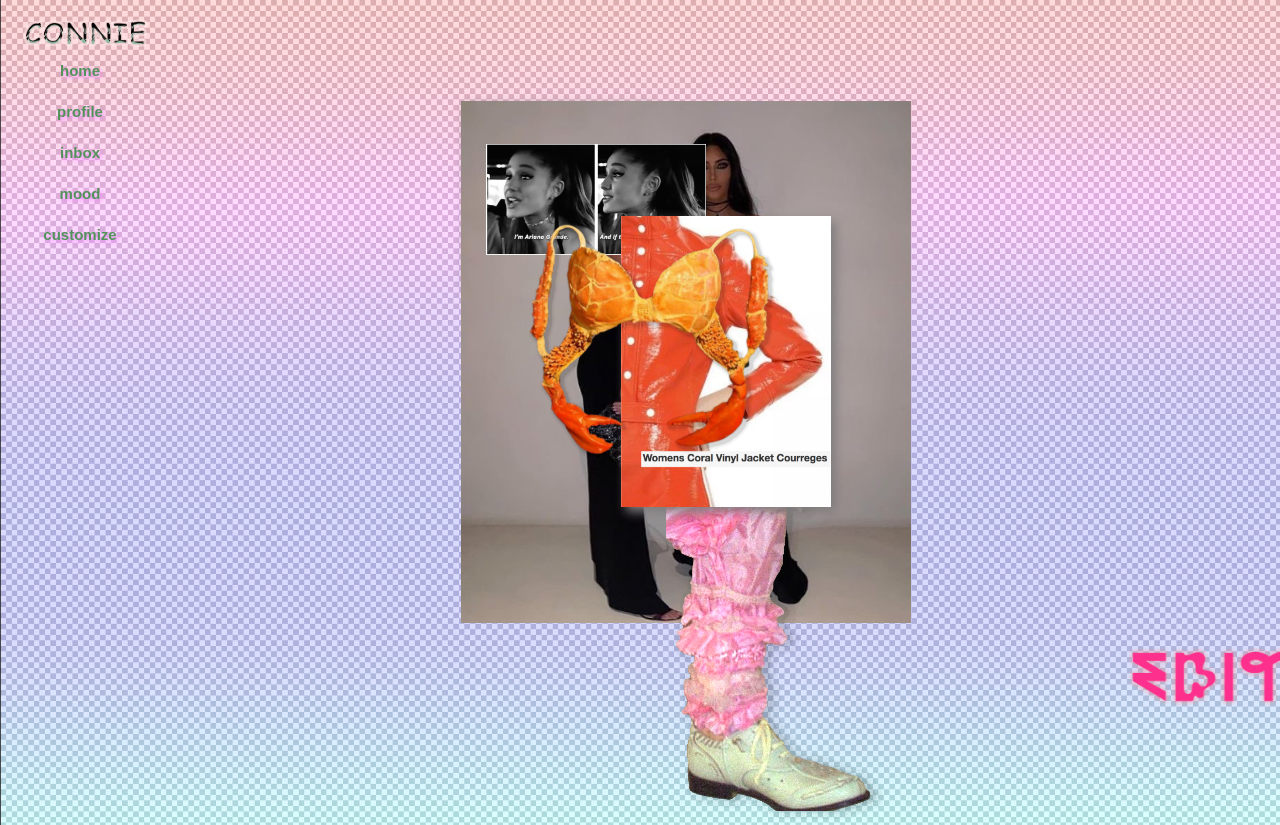
Repository: xuc009/xuc009.github.io
Page: track12/index.html
The author's editor kept a copy of each file at every save. The page is drawn from the files as they stood at one save, then again after the next save.
The browser window is 1280 px wide. The pictures show the whole page.
Some web fonts or font styles are not loaded; a fallback is used. Some web libraries are served in a nearby version.

Above is the page before, as saved 2018-12-08 16:53:16.

### track12/index.html
<!DOCTYPE html>
<html lang="en">
  <head>
    <title>Track 12</title>
    <link rel="shortcut icon" href="" />
    <meta charset="utf-8">
    <meta name="description" content="" />
    <meta property="og:image" content=""/>
    <meta name="viewport" content="width=device-width, initial-scale=1" />
    <script src="https://ajax.googleapis.com/ajax/libs/jquery/3.3.1/jquery.min.js"></script>
    <script src="https://www.w3schools.com/lib/w3.js"></script>
    <link href="assets/css/styles.css" media="all" rel="stylesheet" />
    <meta charset="utf-8" />
    <title>jQuery UI Draggable - Default functionality</title>
    <link rel="stylesheet" href="http://code.jquery.com/ui/1.9.2/themes/base/jquery-ui.css" />
    <script src="http://code.jquery.com/jquery-1.8.3.js"></script>
    <script src="http://code.jquery.com/ui/1.9.2/jquery-ui.js"></script>
    <link href="https://fonts.googleapis.com/css?family=Michroma" rel="stylesheet">
    <style>
    .draggable { width: 0px; height: 0px; padding: 0; }
    </style>
    <script>
    $(function() {
        $( ".draggable" ).draggable();
    });
    </script>

  </head>

  <body>

      <div class="dropdown">
          <button class="dropbtn"><img src="assets/img/conniemenu.gif" width="140px"></button>
          <div class="dropdown-content">
            <a href="#">home</a>
            <a href="#">profile</a>
            <a href="#">inbox</a>
            <a href="#">mood</a>
            <a href="#">customize</a>
          </div>
        </div>

      <div class="edit">
        <a href="https://xuc009.github.io/track11/index.html">
        <img src="assets/img/edit.png" width="300px">
        </a>
      </div>

    <div id="draggable1" class="ui-widget-content draggable tooltip">
        <span class="tooltiptext">id.png</span>
       <img src="assets/img/k.jpg" width="450px">
      </div>

      <div id="draggable2" class="ui-widget-content draggable tooltip">
          <span class="tooltiptext">↗ Aaliyah by me 🔗📹🤗🦋✨ ⬈</span>
        <a href="https://xuc009.github.io/track2/index.html" target="_blank">
          <img src="assets/img/ari.jpg" width="220px">
        </a>
      </div>

      <div id="draggable3" class="ui-widget-content draggable tooltip">
          <span class="tooltiptext">https://goo.gl/MuuDqj</span>
          <a href="https://goo.gl/MuuDqj" target="_blank">
          <img src="assets/img/foot1.png" width="220px">
          </a>
        </div>

     <div id="draggable4" class="ui-widget-content draggable four tooltip">
        <span class="tooltiptext">https://ebay.us/9TBpsq</span>
        <a href="https://ebay.us/9TBpsq" target="_blank">
            <img src="assets/img/torsoa1.png" width="210px">
        </a>
          </div>

      <div id="draggable5" class="ui-widget-content draggable five tooltip">
          <span class="tooltiptext">https://www.instagram.com/p/BoPapCyAAdp/</span>
          <a href="https://www.instagram.com/p/BoPapCyAAdp/" target="_blank">
          <img src="assets/img/bra1.png" width="250px">
          </a>
        </div>









      </div>
    </div>

  </body>
</html>

### track12/assets/css/styles.css
* { box-sizing: border-box; }

body{
	background-color: #ffffff;
	background-image: url('../img/background.png');
	background-size: 1500px;
	margin: 0 auto 0 auto;
	display: inline-block;
    font-size: 0px;
}

.tooltip {
    position: relative;
    display: inline-block;
    border-bottom: 1px dotted black;
}

.tooltip .tooltiptext {
    visibility: hidden;
    /* width: 120px; */
    background-color: #FF308D;
    color: #00E6FF;
    text-align: center;
    padding: 5px 10px;
    font-size:15px;
    font-family: Arial, Helvetica, sans-serif;
    font-weight: 400;

    /* Position the tooltip */
    position: fixed;
    z-index: 1;
    bottom: 0px;
    left:0 ;
}

.tooltip:hover .tooltiptext {
    visibility: visible;
}

a { cursor: move; }

.draggable{
    box-shadow: 5px 5px 10px #000000;
}

#draggable1{
    width: 190px;
    height: 187px;
    background: #fff;
    border: none;
    box-shadow: 5px 5px 10px #807d7d;
    cursor: move;
    position: absolute;
    top: 14%;
    left: 36%;
}


#draggable2 {
    /* width: 168px;
    height: 438.38px; */
    border: none;
    box-shadow: 5px 5px 10px #807d7d;
    position: absolute;
    top: 20%;
    left: 38%;
    cursor: move;
}


#draggable3 {
    width: 365px;
    border: none;
    position: absolute;
    top: 65%;
    left: 52%;
    cursor: move;
}



#draggable4{
    position: absolute;
    width: 210px;
    height: 291px;
    top: 30%;
    left: 48.5%;
    cursor: move;
    border: none;
    box-shadow: 5px 5px 10px #807d7d;

}

#draggable5{
    position: absolute;
    top: 31%;
    left: 41%;
    cursor: move;
    border: none;
}

.edit{
    position: fixed;
    bottom:0;
    left: 83%;
    cursor: pointer;
    transition: all 300ms;
}

.edit:hover{
    transform: translateX(3px) translateY(-3px);
    /* transform: scale(1.05); */
}

.dropbtn {
    background-color: Transparent;
    width: 140px;
    height: 26px;
    padding: 16px;
    font-size: 16px;
    border: none;
    outline: none;
}

.dropdown {
    position: relative;
    width: 140px;
    display: inline-block;
}

.dropdown-content {
    display: none;
    position: absolute;
    background-color: transparent;
    min-width: 160px;
    text-shadow: 2px 2px 5px #F48BFF;
    z-index: 1;
    font-size: 15px;
    text-align: center;
    font-family: Arial, Helvetica, sans-serif;
    font-weight: 600;
}

.dropdown-content a {
    color: #52935A;
    padding: 12px 16px;
    text-decoration: none;
    display: block;
}

.dropdown-content a:hover {text-shadow: 2px 2px 5px #54FAFF;}

.dropdown:hover .dropdown-content {display: block;}

.dropdown:hover .dropbtn {background-color: none;}

After the next save:
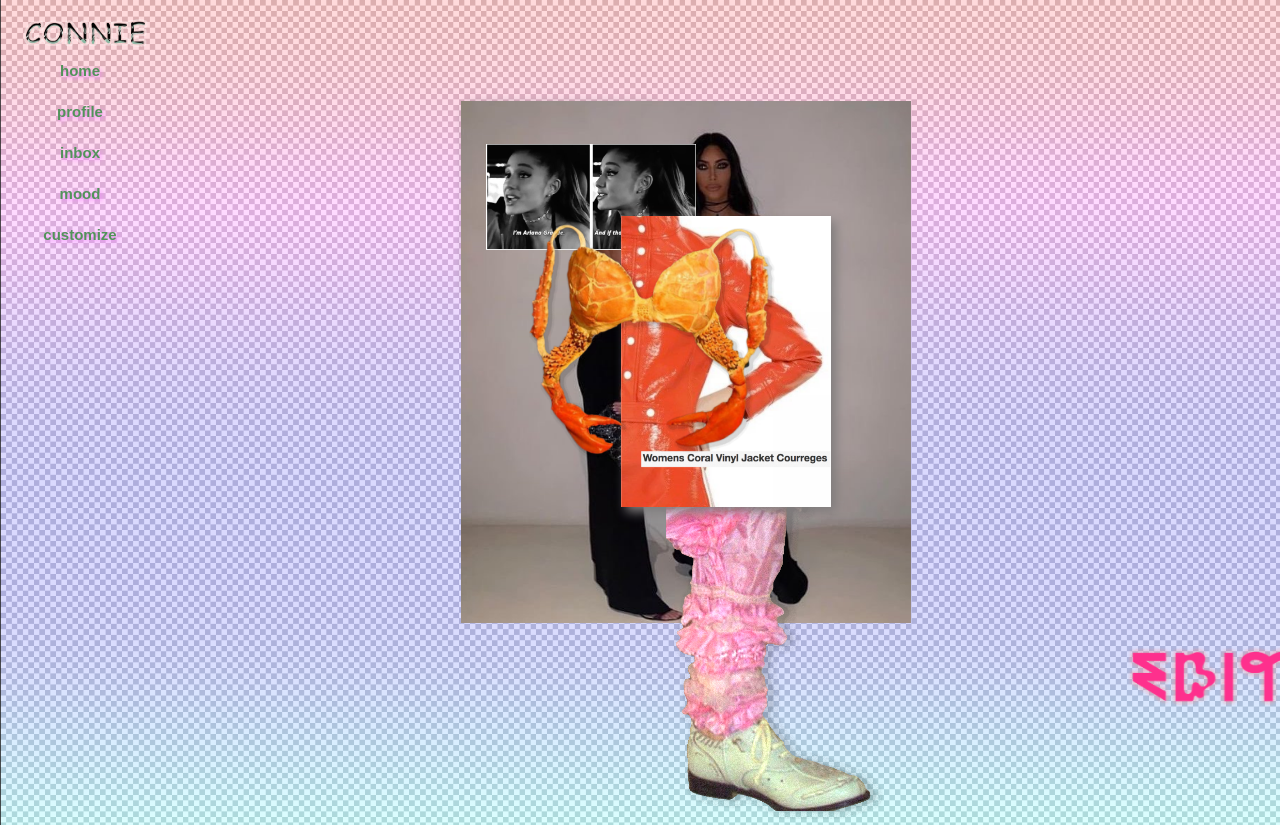
Saved 14 s later.
--- a/track12/index.html
+++ b/track12/index.html
@@ -54,7 +54,7 @@
       <div id="draggable2" class="ui-widget-content draggable tooltip">
           <span class="tooltiptext">↗ Aaliyah by me 🔗📹🤗🦋✨ ⬈</span>
         <a href="https://xuc009.github.io/track2/index.html" target="_blank">
-          <img src="assets/img/ari.jpg" width="220px">
+          <img src="assets/img/ari.jpg" width="210px">
         </a>
       </div>
 
